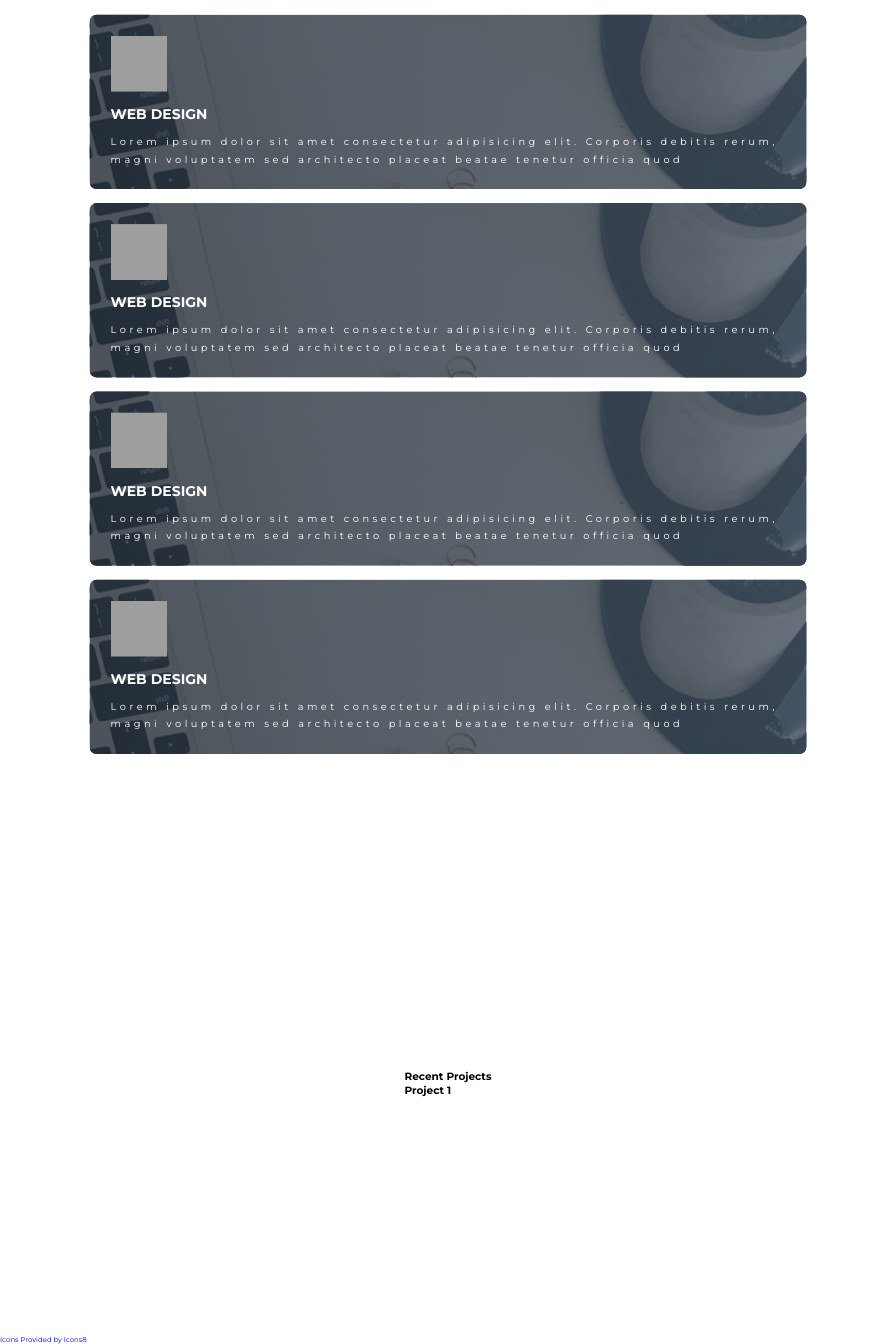
Repository: randysteele/my-portfolio-2023
Page: index.html
These files come from the project's save history. The page is drawn as it stood at one moment and after the next save; the edit follows.
The browser window is 1280 px wide. The pictures show the part of the page from y = 993 to 2913 px (the page is 2913 px tall), at 70% of full size.
Pictures or frames that could not be fetched are drawn as grey boxes.

Above is the page before, as saved 2023-04-23 15:13:48.

### index.html
<!DOCTYPE html>
<html lang="en">
<head>
    <meta charset="UTF-8">
    <meta http-equiv="X-UA-Compatible" content="IE=edge">
    <meta name="viewport" content="width=device-width, initial-scale=1.0">
    <link rel="stylesheet" href="style.css">
    <title>Randy Steele Portfolio</title>
</head>
<body>
    <!-- Hero Section -->
    <section id="hero">
        <div class="hero container">
            <div>
            <h1>Hello, <span></span></h1>
            <h1>My Name Is <span></span></h1>
            <h1>Randy <span></span></h1>
            <a href="#" type="button" class="cta">Portfolio</a>
        </div>
    </div>
    </section>
    <!-- End Hero Section -->

    <!-- Services Section -->
    <section id="services">
        <div class="services container">
          <div class="service-top">
            <h1 class="section-title">Serv<span>i</span>ces</h1>
            <p>Lorem ipsum dolor sit amet consectetur, adipisicing elit. Ipsum deleniti maiores pariatur assumenda quas
              magni et, doloribus quod voluptate quasi molestiae magnam officiis dolorum, dolor provident atque molestias
              voluptatum explicabo!</p>
          </div>
          <div class="service-bottom">
            <div class="service-item">
              <div class="icon"><img src="https://img.icons8.com/bubbles/100/000000/services.png" /></div>
              <h2>Web Design</h2>
              <p>Lorem ipsum dolor sit amet consectetur adipisicing elit. Corporis debitis rerum, magni voluptatem sed
                architecto placeat beatae tenetur officia quod</p>
            </div>
            <div class="service-item">
              <div class="icon"><img src="https://img.icons8.com/bubbles/100/000000/services.png" /></div>
              <h2>Web Design</h2>
              <p>Lorem ipsum dolor sit amet consectetur adipisicing elit. Corporis debitis rerum, magni voluptatem sed
                architecto placeat beatae tenetur officia quod</p>
            </div>
            <div class="service-item">
              <div class="icon"><img src="https://img.icons8.com/bubbles/100/000000/services.png" /></div>
              <h2>Web Design</h2>
              <p>Lorem ipsum dolor sit amet consectetur adipisicing elit. Corporis debitis rerum, magni voluptatem sed
                architecto placeat beatae tenetur officia quod</p>
            </div>
            <div class="service-item">
              <div class="icon"><img src="https://img.icons8.com/bubbles/100/000000/services.png" /></div>
              <h2>Web Design</h2>
              <p>Lorem ipsum dolor sit amet consectetur adipisicing elit. Corporis debitis rerum, magni voluptatem sed
                architecto placeat beatae tenetur officia quod</p>
            </div>
          </div>
        </div>
      </section>
<!-- End Services Section -->

<!-- Projects Section -->
<section id="projects">
    <div class="projects container">
        <div class="projects-header">
        <h1 class="section title">Recent <span>Projects</span></h1>
            <div class="all-projects">
                <div class="project-item">
                    <div class="project-info">
                        <h1>Project 1</h1>
                        <div class="project-image">

                        </div>
                    </div>
                </div>
        </div>
    </div>
    </div>
</div>
</section>



<!-- End Projects Section -->

</body>
</html>


<a target="_blank" href="https://icons8.com/icon/53429/home-page">Icons Provided by</a>  <a target="_blank" href="https://icons8.com">Icons8</a>

### style.css
@import url('https://fonts.googleapis.com/css2?family=Montserrat:wght@300;400;700&display=swap');
* {
    padding: 0;
    margin: 0;
    box-sizing: border-box;
}
html {
    font-size: 10px;
    font-family: "Montserrat", "sans-serif";
}
a {
    text-decoration: none;
}
.container {
    min-height: 100vh;
    width: 100%;
    display: flex;
    align-items: center;
    justify-content: center;
}

img{
    height: 100%;
    width: 100%;
    object-fit: cover;
}

p {
    color: black;
    font-size: 1.4rem;
    margin-top: 5px;
    line-height: 2.5rem;
    font-weight: 300px;
    letter-spacing: 0.5rem;
}


/* Hero Section */
#hero {
    background-image: url(./img/me1.jpeg);
    background-size: cover;
    background-position: top center;
    position: relative;
    z-index: 1;
}
#hero::after{
    content: '';
    position: absolute;
    left: 0;
    top: 0;
    height: 100%;
    width: 100%;
    background-color: black;
    opacity: 0.7;
    z-index: -1;
}
#hero .hero{
    max-width: 1200px;
    margin: 0 auto;
    padding: 0 50px;
    justify-content: flex-start;
}
#hero h1{
    display: block;
    width: fit-content;
    font-size: 4rem;
    position: relative;
    color: transparent;
    animation: text_reveal 1s ease forwards;
    animation-delay: 1s
}
#hero h1:nth-child(1){
    animation-delay: 1s;
}
#hero h1:nth-child(2){
    animation-delay: 2s;
}
#hero h1:nth-child(3){
    animation: text_reveal_name .5s ease forwards;
    animation-delay: 3s;
}

#hero .cta {
  display: inline-block;
  padding: 10px 30px;
  color: white;
  background-color: transparent;
  border: 2px solid crimson;
  font-size: 2rem;
  text-transform: uppercase;
  letter-spacing: 0.1rem;
  margin-top: 30px;
  transition: 0.3s ease;
  transition-property: background-color, color;
}
#hero .cta:hover {
    color: white;
    background-color: crimson;
}
#hero h1 span {
    position: absolute;
    top: 0;
    left: 0;
    height: 100%;
    width: 0;
    background-color: crimson;
    animation: text_reveal_box 1s ease;
    animation-delay: .3s;
}

#hero h1:nth-child(1) span {
    animation-delay: 1s;
}
#hero h1:nth-child(2) span {
    animation-delay: 2s;
}

#hero h1:nth-child(3) span {
    animation-delay: 3s;
}

/* End Hero Section */

/* Keyframes */

@keyframes text_reveal_box {
    50%{
        width: 100%;
        left: 0;
    }
    100%{
        width: 0;
        left: 100%;
    }
}
/* End Keyframes  */

/* Services Section */

#services .services{
 flex-direction: column;
 text-align: center;
 max-width: 1500px;
 margin: 0 auto;
 padding: 100px 0;
}

#services .section-title {
    font-size: 4rem;
    font-weight: 300;
    color: black;
    margin-bottom: 10px;
    text-transform: uppercase;
    letter-spacing: .2rem;
    text-align: center;
}

#services .section-title span {
    color: crimson;
}

#services .service-top p {
    color: black;
    font-size: 1.4rem;
    margin-top: 5px;
    line-height: 2.5rem;
    font-weight: 300px;
    letter-spacing: 0.5rem;
}

#services .service-bottom {
    display: flex;
    align-items: center;
    justify-content: center;
    flex-wrap: wrap;
    margin-top: 50px;
}

#services .service-item {
    flex-basis: 80%;
    display: flex;
    align-items: flex-start;
    justify-content: center;
    flex-direction: column;
    padding: 30px;
    border-radius: 10px;
    background-image: url(./img/img-1.png);
    background-size: cover;
    margin: 10px 5%;
    position: relative;
    z-index: 1;
    overflow: hidden;
}

#services .service-item::after {
    content: "";
    position: absolute;
    left: 0;
    top: 0;
    height: 100%;
    width: 100%;
    background-image: linear-gradient(60deg, #29323c 0%, #485563 100%);
    opacity: .8;
    z-index: -1;
}

#services .service-bottom .icon {
  height: 80px;
  width: 80px;
  margin-bottom: 20px;
}

#services .service-item h2 {
    font-size: 2rem;
    color: white;
    margin-bottom: 10px;
    text-transform: uppercase;
}

#services .service-item p{
    color: white;
    text-align: left;
}



/* End Services Section */



@keyframes text_reveal{
    100%{
        color: white;

    }
}
@keyframes text_reveal_name{
    100%{
        color: crimson;
        font-weight: 500px;
    }
}
/* Services Section */



/* End Services Section */

After the next save:
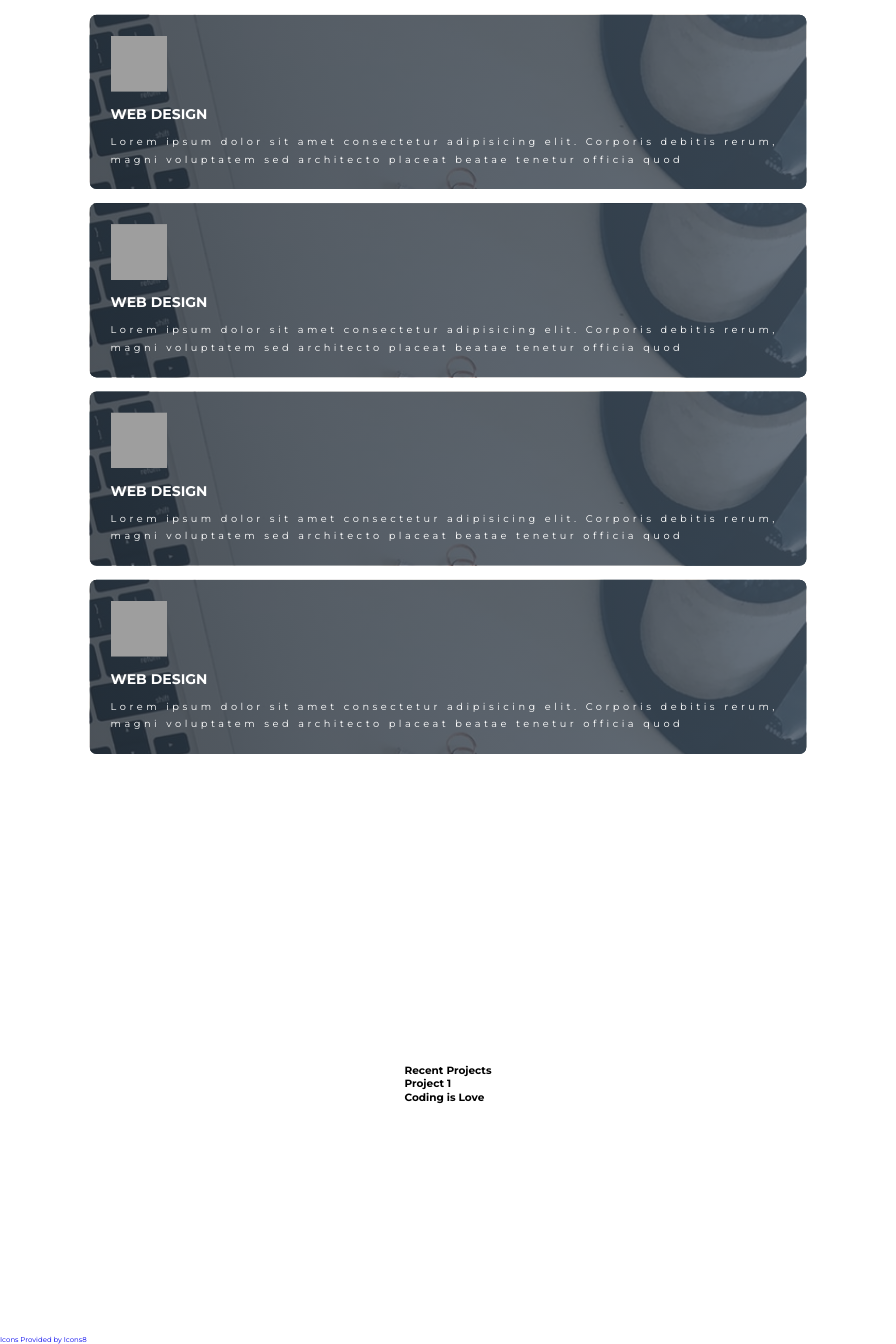
Saved 13 s later.
--- a/index.html
+++ b/index.html
@@ -69,6 +69,7 @@
                 <div class="project-item">
                     <div class="project-info">
                         <h1>Project 1</h1>
+                        <h2>Coding is Love</h2>
                         <div class="project-image">
 
                         </div>
